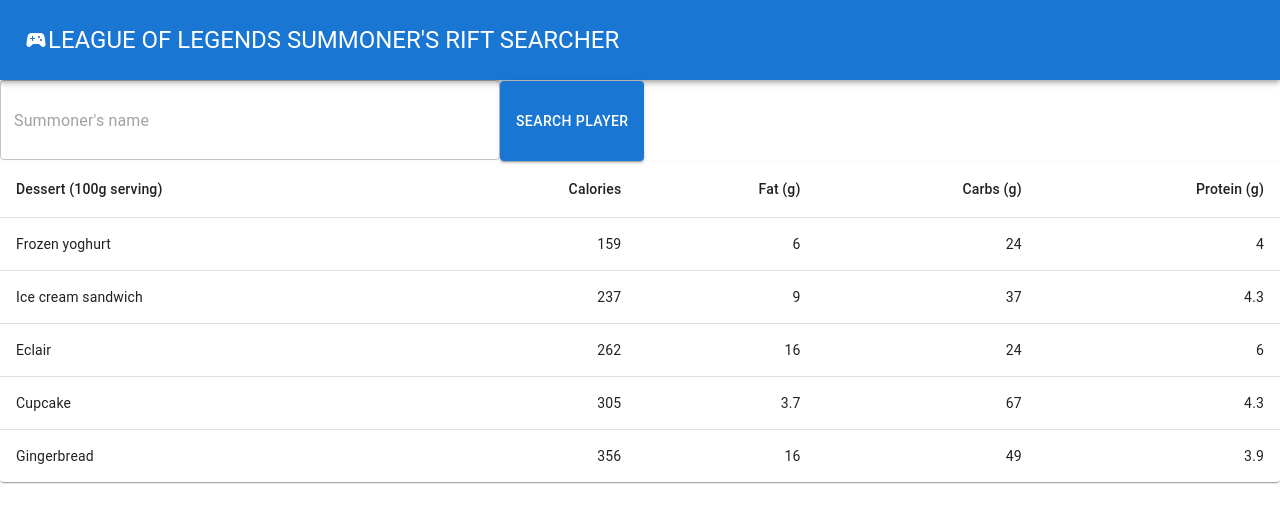
Repository: Mikerr21/League-Of-Legends-API
Page: /
These files come from the project's save history. The page is drawn as it stood at one moment and after the next save; the edit follows.
The browser window is 1280 px wide. The pictures show the whole page.
The page's requests for data from a server got no answer. The project was rebuilt for these pictures with package versions that can differ from the ones it lists, and the page was loaded fresh each time. No one was signed in, and anything a server would have sent is missing.

Above is the page before, as saved 2022-09-24 22:08:35.

After the next save:
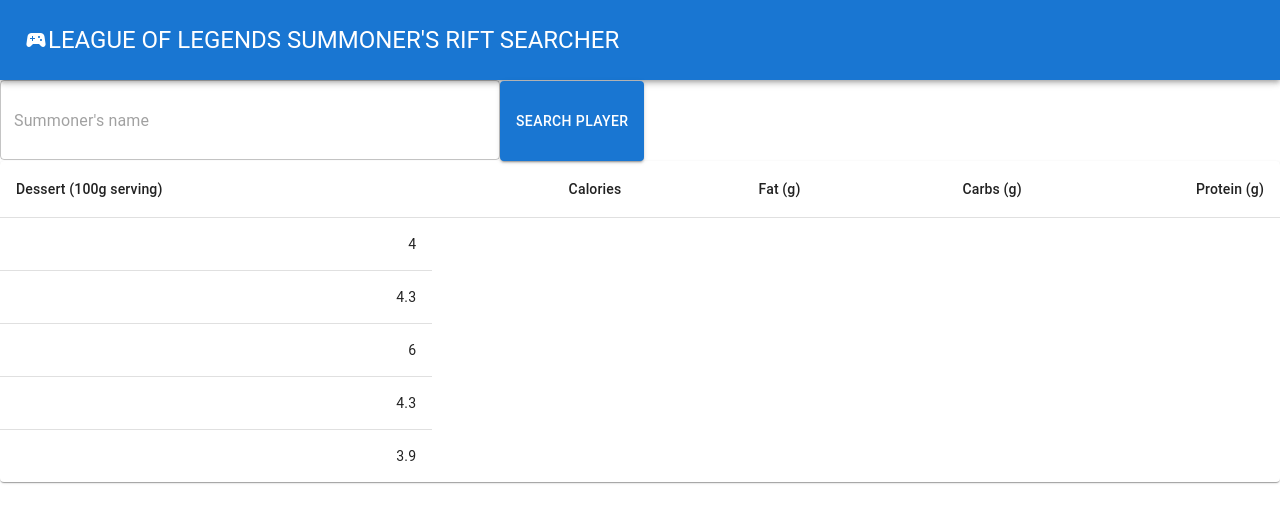
Saved 89 s later.
--- a/src/App.js
+++ b/src/App.js
@@ -102,12 +102,7 @@
               key={row.name}
               sx={{ '&:last-child td, &:last-child th': { border: 0 } }}
             >
-              <TableCell component="th" scope="row">
-                {row.name}
-              </TableCell>
-              <TableCell align="right">{row.calories}</TableCell>
-              <TableCell align="right">{row.fat}</TableCell>
-              <TableCell align="right">{row.carbs}</TableCell>
+
               <TableCell align="right">{row.protein}</TableCell>
             </TableRow>
           ))}
